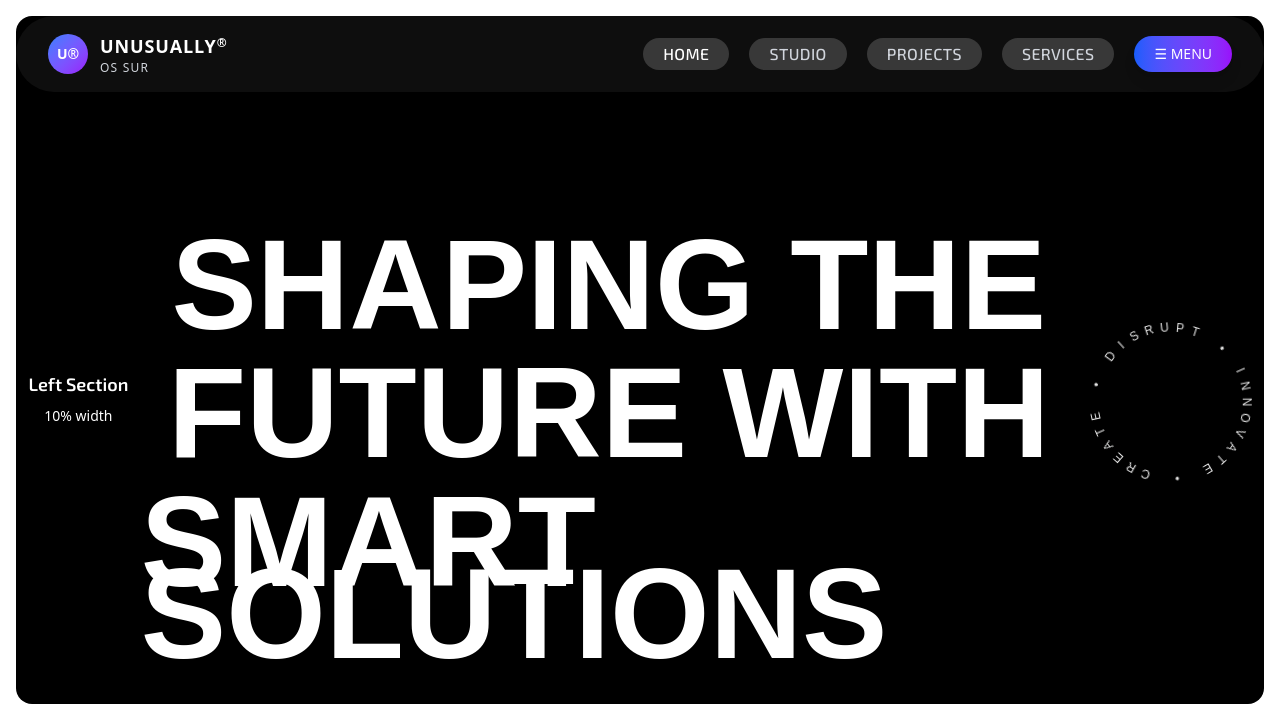
Repository: A-y-u-s-h-29/Digital-Express-India-With-Carrer-Page-And-RazorPay
Page: / (app in op/)
These files come from the project's save history. The page is drawn as it stood at one moment and after the next save; the edit follows.
The browser window is 1280 px wide. The pictures show the whole page.
Some web fonts or font styles are not loaded; a fallback is used. The project was rebuilt for these pictures with package versions that can differ from the ones it lists, and the page was loaded fresh each time. Also part of the build but not shown: op/vite.config.js.

Above is the page before, as saved 2025-12-04 15:28:00.

After the next save:
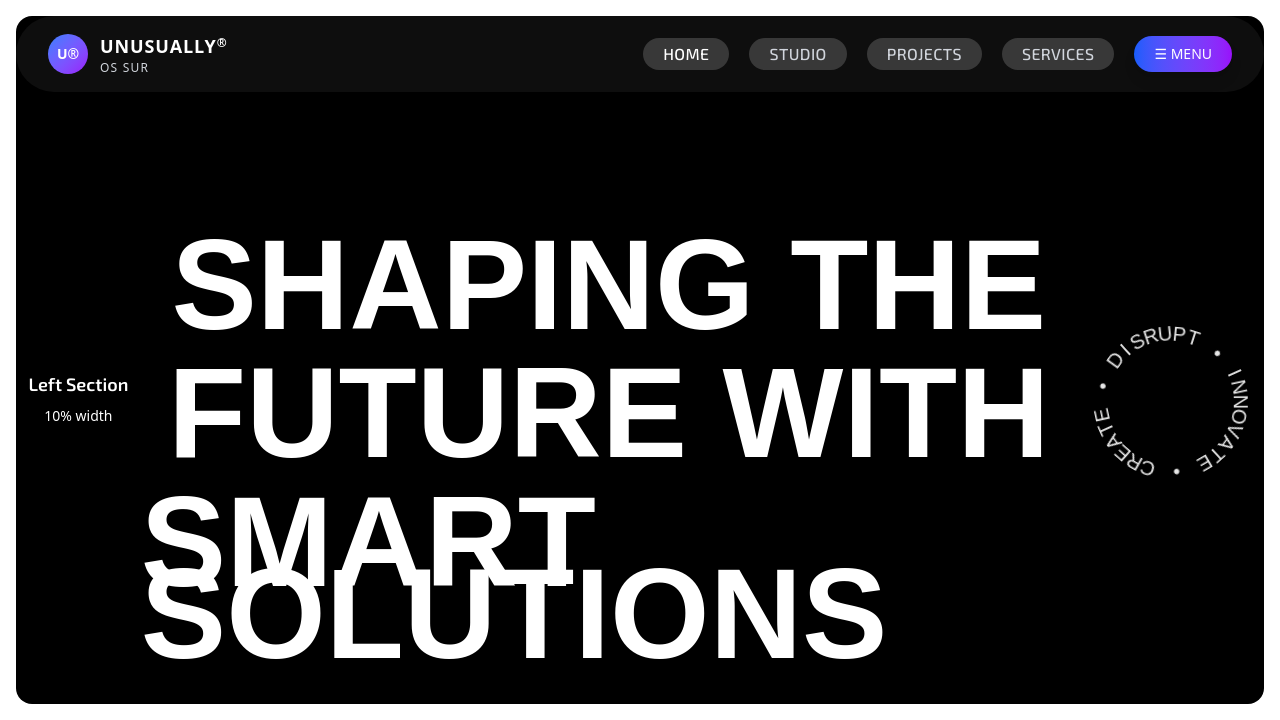
Saved 5 s later.
--- a/op/src/components/CircularText.jsx
+++ b/op/src/components/CircularText.jsx
@@ -103,7 +103,7 @@ const CircularText = ({
           return (
             <span
               key={i}
-              className="absolute  inset-0 inline-block text-md transition-all duration-500 ease-out"
+              className="absolute  inset-0 inline-block text-xl transition-all duration-500 ease-out"
               style={{
                 transform: transform,
                 WebkitTransform: transform
